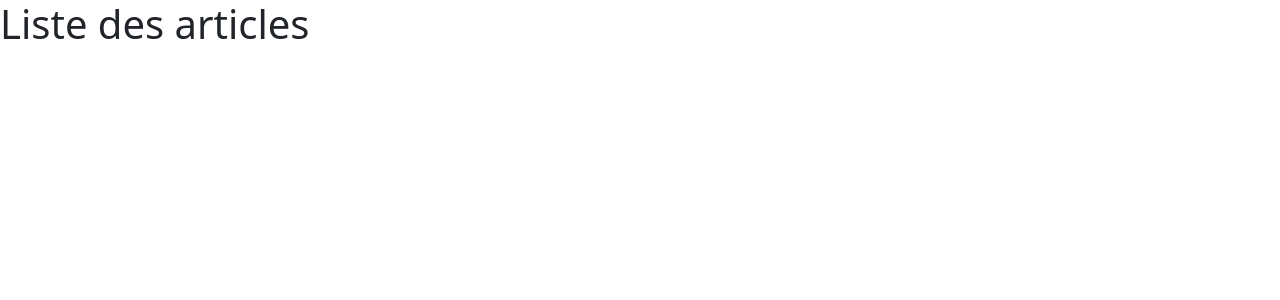
Repository: QuentinFayt/NewsWeb
Page: sources/adminNewsWeb/articlesLists.html
An editor plug-in stored every save of this project. The page is shown before and after the next save, followed by the edit.
The browser window is 1280 px wide. The pictures show the whole page.

Above is the page before, as saved 2021-12-23 11:38:18.

After the next save:
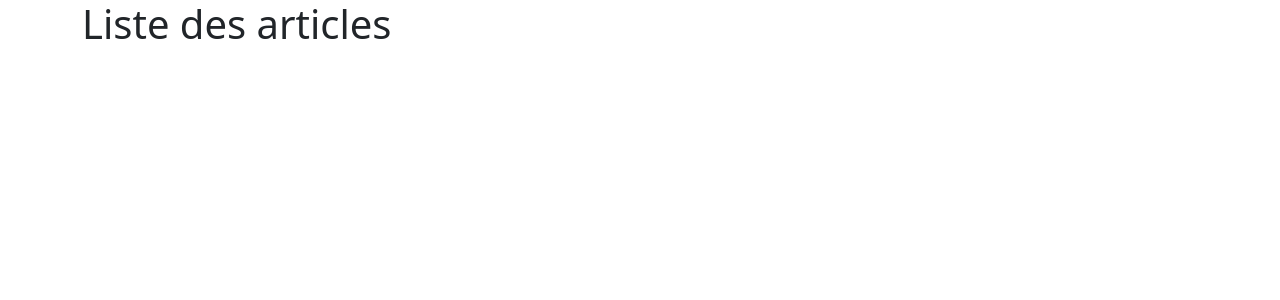
Saved 7 s later.
--- a/sources/adminNewsWeb/articlesLists.html
+++ b/sources/adminNewsWeb/articlesLists.html
@@ -9,7 +9,7 @@
 </head>
 
 <body>
-    <main>
+    <main class="container">
         <h1>Liste des articles</h1>
     </main>
     <script src="https://cdn.jsdelivr.net/npm/bootstrap@5.1.3/dist/js/bootstrap.bundle.min.js" integrity="sha384-ka7Sk0Gln4gmtz2MlQnikT1wXgYsOg+OMhuP+IlRH9sENBO0LRn5q+8nbTov4+1p" crossorigin="anonymous"></script>
